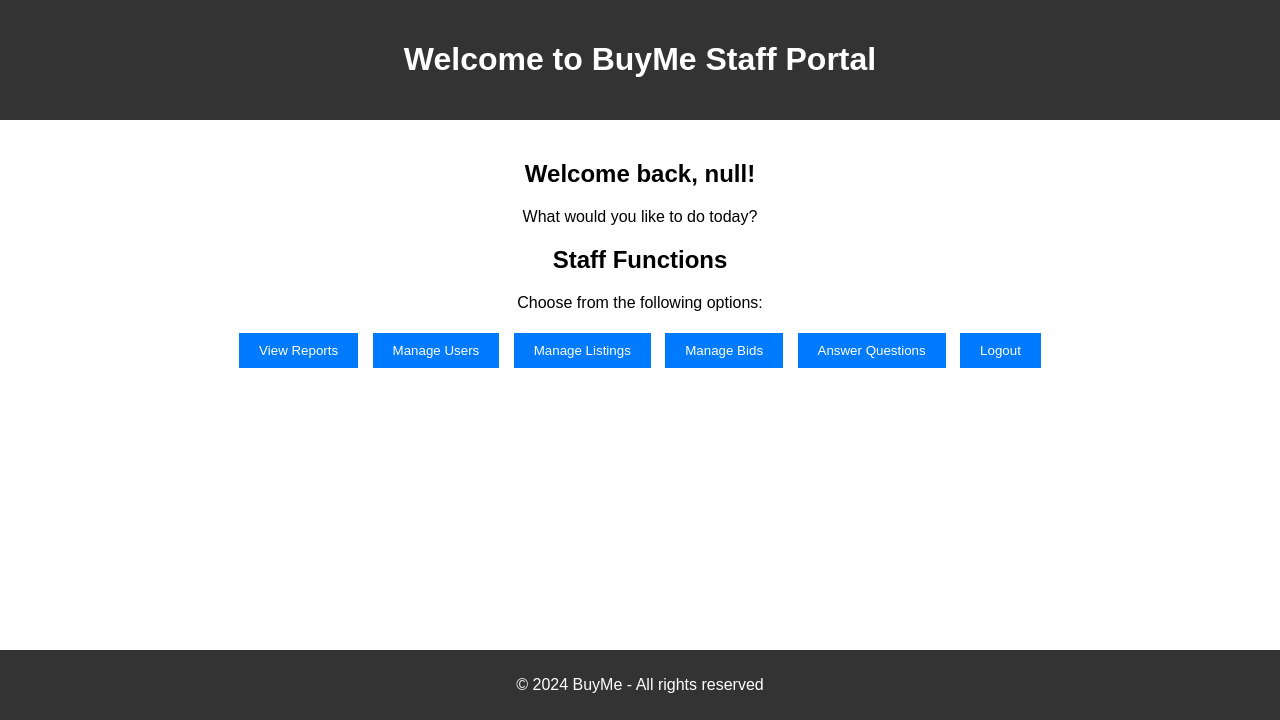
Repository: christot20/BuyMe
Page: http://localhost/336EbayAuction/AdminMode.jsp
These files come from the project's save history. The page is drawn as it stood at one moment and after the next save; the edit follows.
The browser window is 1280 px wide. The pictures show the whole page.
The page is served by Tomcat 9.

Above is the page before, as saved 2024-05-04 04:26:42.

After the next save:
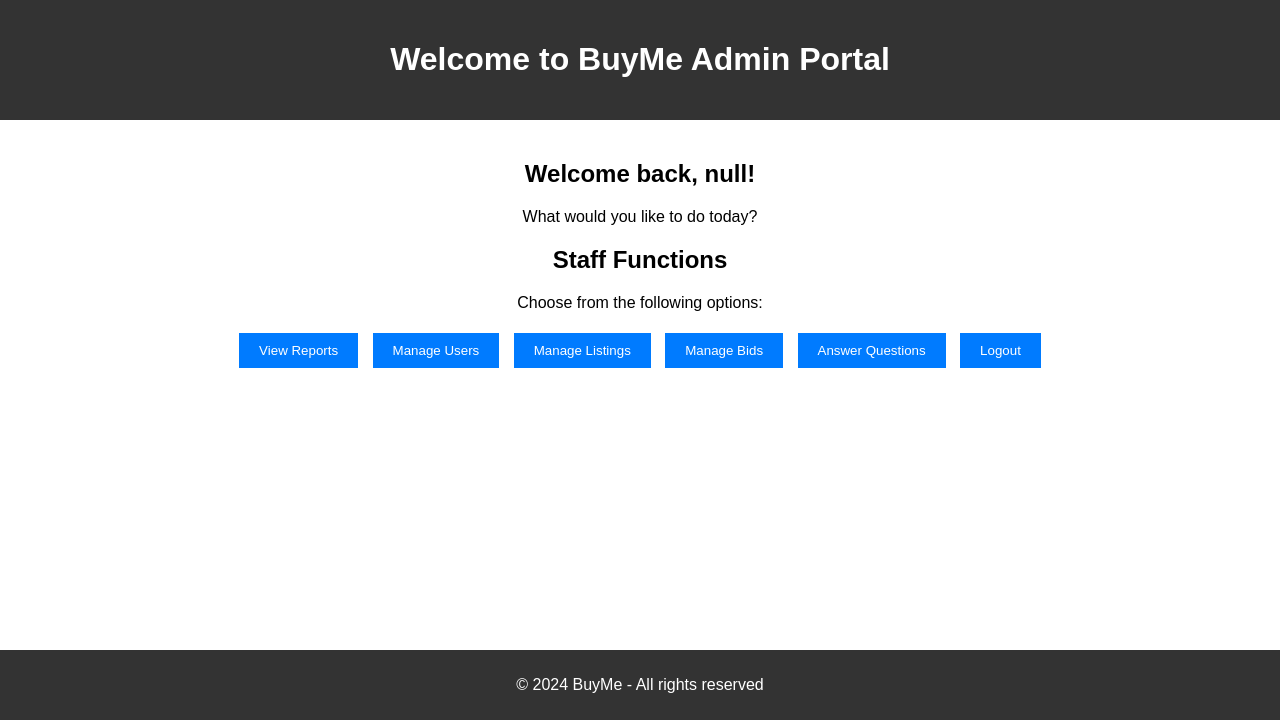
Saved 5 s later.
--- a/336EbayAuction/src/main/webapp/AdminMode.jsp
+++ b/336EbayAuction/src/main/webapp/AdminMode.jsp
@@ -49,7 +49,7 @@
 </head>
 <body>
     <header>
-        <h1>Welcome to BuyMe Staff Portal</h1>
+        <h1>Welcome to BuyMe Admin Portal</h1>
     </header>
     <main>
         <section>
